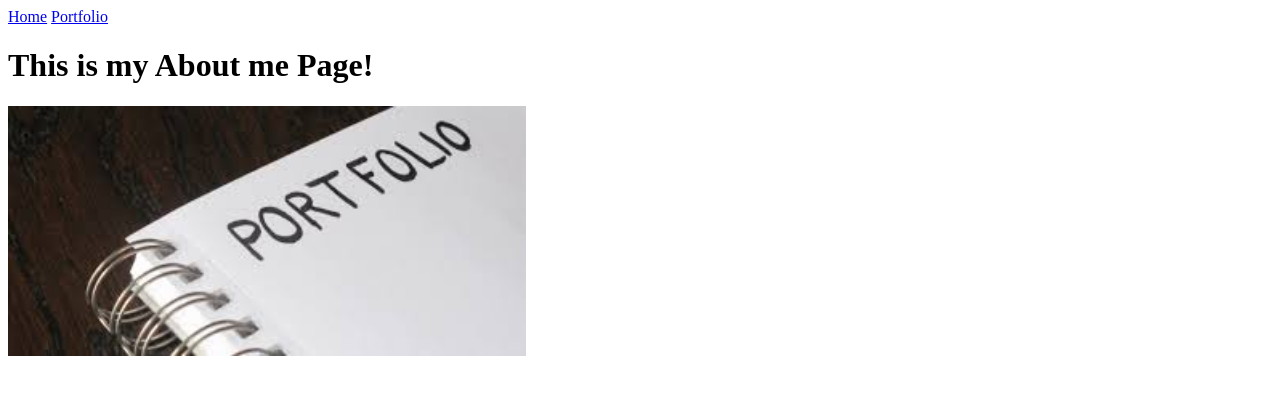
Repository: adelacerda2631/adelacerda.github.io
Page: my_website/aboutme.html
The author's editor kept a record of every edit. The page is drawn from the files as they stood at one moment, then again after the next edit.
The browser window is 1280 px wide. The pictures show the whole page.

Above is the page before.

After the next edit:
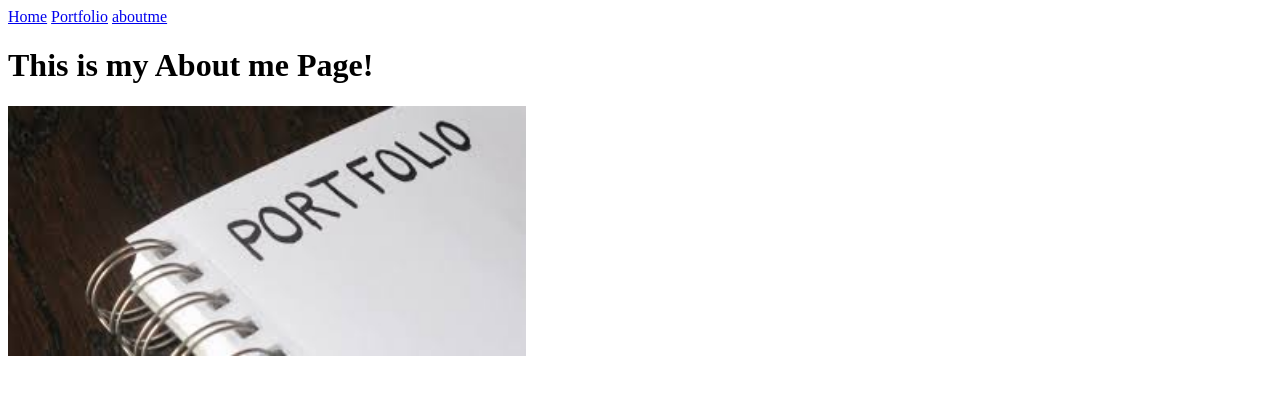
The edit:
--- a/my_website/aboutme.html
+++ b/my_website/aboutme.html
@@ -7,6 +7,7 @@
 	  <body>
     <a href="index.html">Home</a>
     <a href="portfolio.html">Portfolio</a>
+        <a href="aboutme.html">aboutme</a>
     <h1>This is my About me Page!</h1>
     <img src="images/portfolio.jpg" height="250">
     <br>
